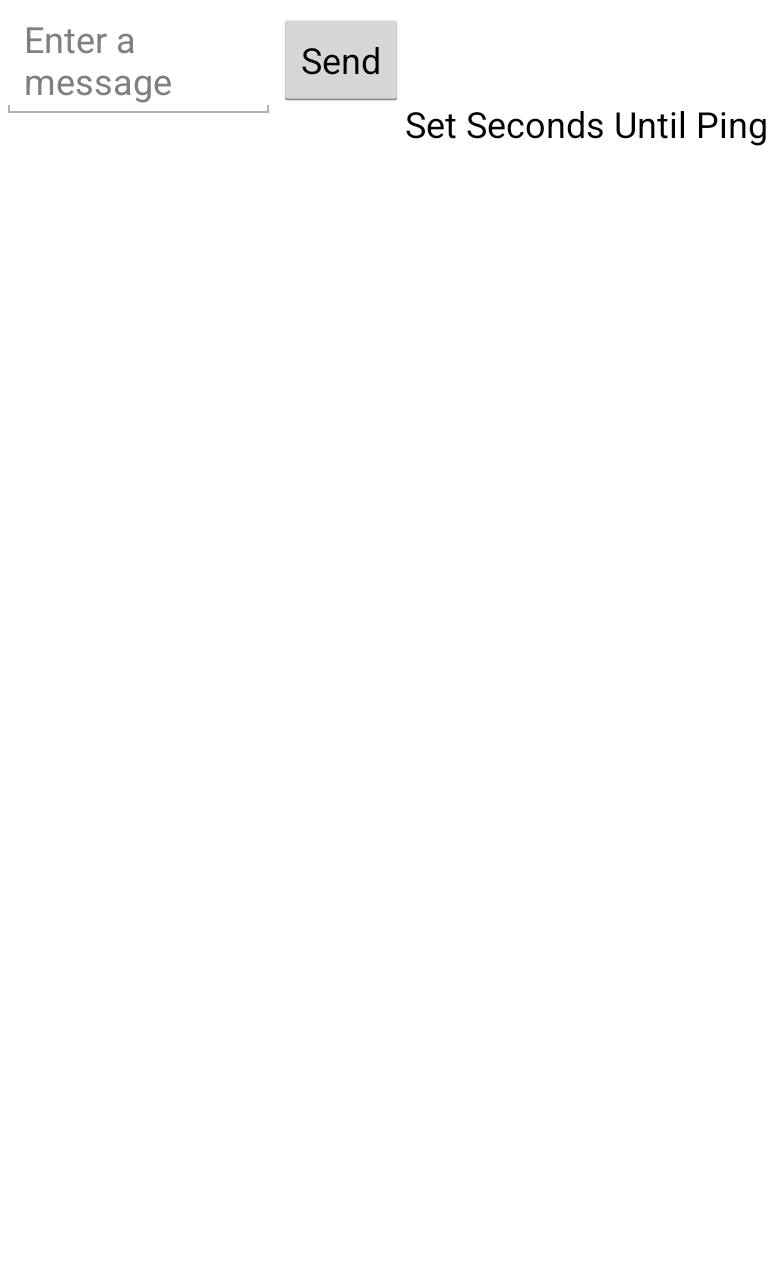
Repository: NewDay320/Lumos
Layout: src/Lumos/branches/mzTest2/res/layout/activity_main.xml
The author's editor kept a copy of each file at every save. The layout is drawn from the files as they stood at one save, then again after a run of saves.
It is drawn on a 768 x 1280 px phone screen (xhdpi) without system bars, with theme AppTheme; the app's code is not run.

Above is the layout before, as saved 2014-03-17 19:12:16.

After the next 3 saves:
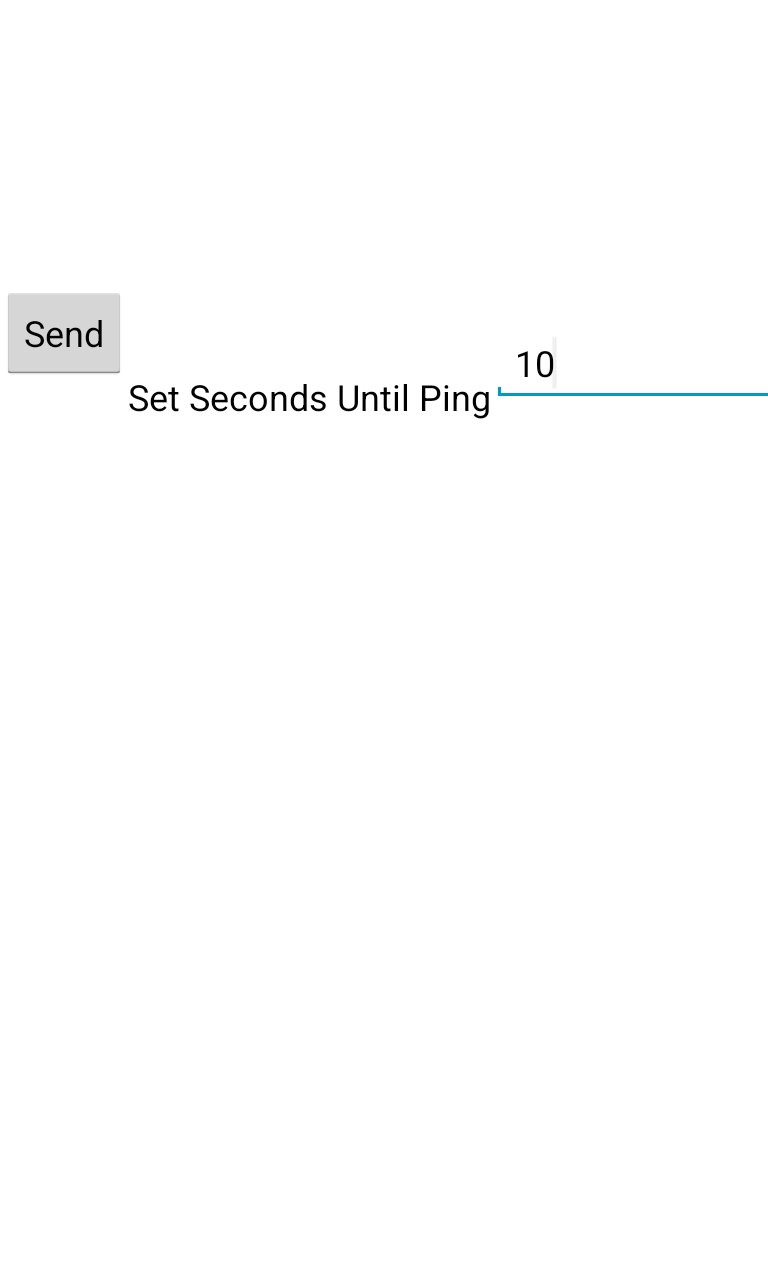
The 3 saves are shown as one change because 1 did not build or start and some came seconds apart.
The last was saved 33 s later.
--- a/src/Lumos/branches/mzTest2/res/layout/activity_main.xml
+++ b/src/Lumos/branches/mzTest2/res/layout/activity_main.xml
@@ -25,4 +25,17 @@
         android:textAppearance="?android:attr/textAppearanceMedium"
         android:text="@string/ping_text" />
 
+    <EditText
+        android:id="@+id/edit_seconds"
+        android:layout_width="wrap_content"
+        android:layout_height="wrap_content"
+        android:layout_below="@+id/seconds_view"
+        android:layout_centerHorizontal="true"
+        android:layout_marginTop="15dp"
+        android:ems="10"
+        android:text="@string/seconds_default"
+        android:inputType="numberSigned">
+
+        <requestFocus />
+    </EditText>
 </LinearLayout>
